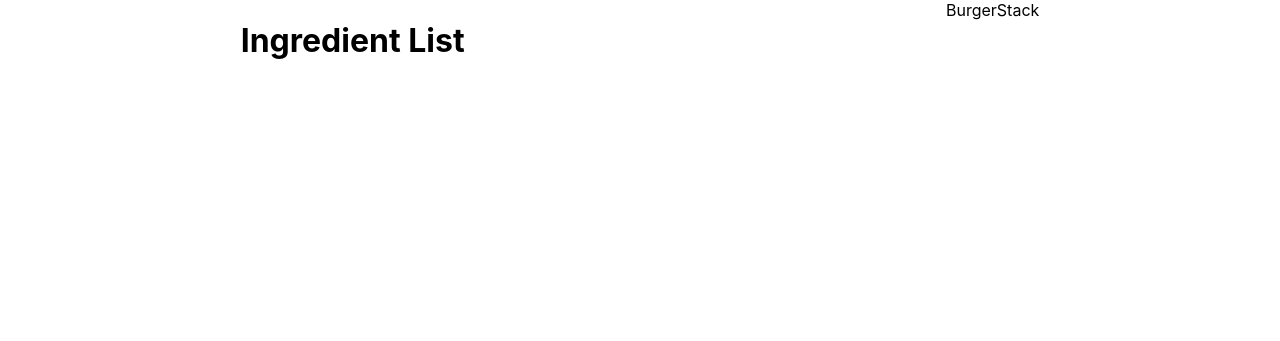
Repository: thecoachanna/react-burger-stacker
Page: /
These files come from the project's save history. The page is drawn as it stood at one moment and after the next save; the edit follows.
The browser window is 1280 px wide. The pictures show the whole page.
The project was rebuilt for these pictures with package versions that can differ from the ones it lists, and the page was loaded fresh each time.

Above is the page before, as saved 2023-02-04 13:25:51.

### src/index.css
body {
  margin: 0;
  font-family: -apple-system, BlinkMacSystemFont, 'Segoe UI', 'Roboto', 'Oxygen',
    'Ubuntu', 'Cantarell', 'Fira Sans', 'Droid Sans', 'Helvetica Neue',
    sans-serif;
  -webkit-font-smoothing: antialiased;
  -moz-osx-font-smoothing: grayscale;
}

code {
  font-family: source-code-pro, Menlo, Monaco, Consolas, 'Courier New',
    monospace;
}

.burger-stacker {
  display: flex;
  justify-content: space-around;
}

### src/App.js
import BurgerStack from './components/BurgerStack.jsx'
import IngredientList from './components/IngredientList.jsx'
import './App.css';

function App() {
  return (
    <div className="App burger-stacker">
      <IngredientList />
      <BurgerStack />
    </div>
  );
}

export default App;

### src/components/BurgerStack.jsx
import React from 'react'
import Ingredient from './Ingredient.jsx'

const BurgerStack = () => {
  return (
    <div>BurgerStack</div>
  )
}

export default BurgerStack

### src/components/IngredientList.jsx
import React from 'react'
import Ingredient from './Ingredient.jsx'

const IngredientList = () => {
    const ingredientObjects = [
        {name: 'Kaiser Bun', color: 'saddlebrown'},
        {name: 'Sesame Bun', color: 'sandybrown'},
        {name: 'Gluten Free Bun', color: 'peru'},
        {name: 'Lettuce Wrap', color: 'olivedrab'},
        {name: 'Beef Patty', color: '#3F250B'},
        {name: 'Black Bean Patty', color: '#3F250B'},
        {name: 'Cheese', color: 'mustard'},
        {name: 'Lettuce', color: 'lawngreen'},
        {name: 'Tomato', color: 'tomato'},
        {name: 'Bacon', color: 'maroon'},
        {name: 'Onion', color: 'lightyellow'}
      ]
    const ingredients = ingredientObjects.map((ingredientObject, index) => {
        return (
            <Ingredient key={`${index}`} name={ingredientObject.name} color={ingredientObject.color} />
        )
    })

  return (
      <div>
          <h1>Ingredient List</h1>

    </div>
  )
}

export default IngredientList

### src/components/Ingredient.jsx
import React from 'react'

const Ingredient = () => {
  return (
    <div>Ingredient</div>
  )
}

export default Ingredient

Loaded but not shown: public/index.html (common file); src/index.js (common file); src/reportWebVitals.js (common file); src/App.css (common file)

After the next save:
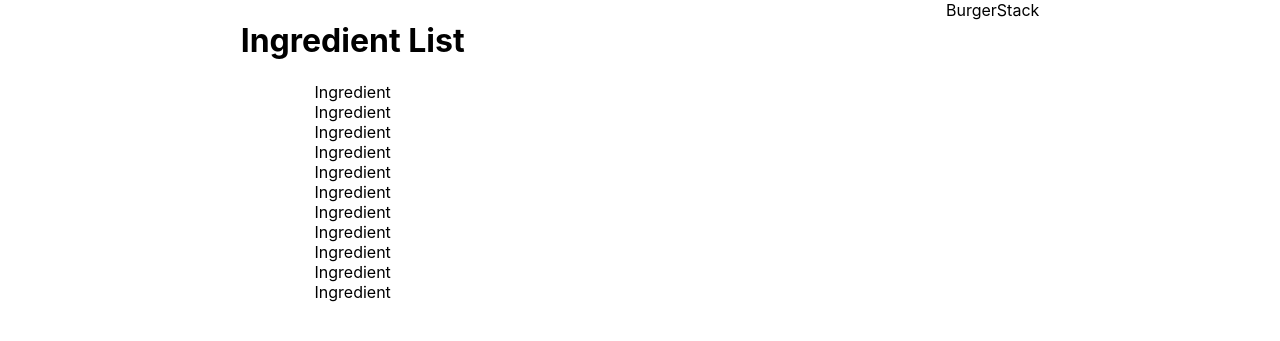
Saved 7 s later.
--- a/src/components/IngredientList.jsx
+++ b/src/components/IngredientList.jsx
@@ -24,7 +24,7 @@
   return (
       <div>
           <h1>Ingredient List</h1>
-
+          {ingredients}
     </div>
   )
 }

After the 4 saves that followed:
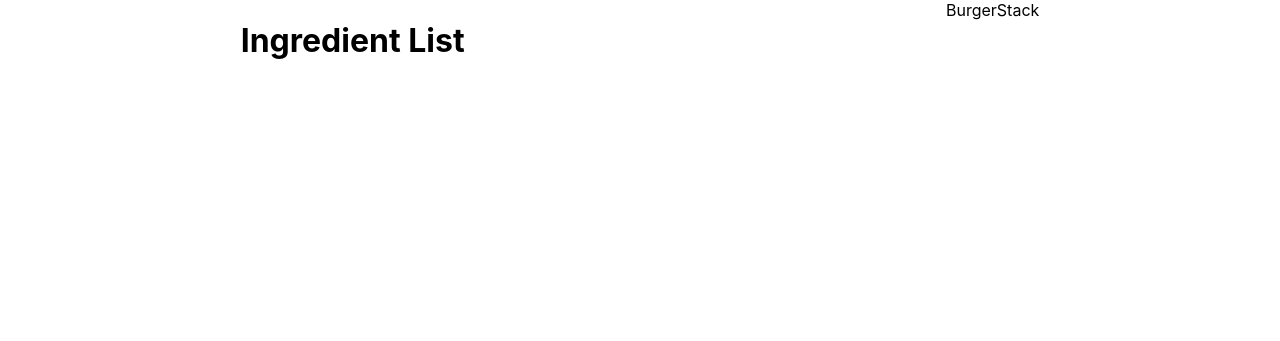
The 4 saves are shown as one change because 2 left the picture as it was and some came seconds apart.
The last was saved 81 s later.
--- a/src/components/IngredientList.jsx
+++ b/src/components/IngredientList.jsx
@@ -15,18 +15,23 @@
         {name: 'Bacon', color: 'maroon'},
         {name: 'Onion', color: 'lightyellow'}
       ]
-    const ingredients = ingredientObjects.map((ingredientObject, index) => {
+
+      const ingredients = ingredientObjects.map((ingredientObject, index) => {
         return (
-            <Ingredient key={`${index}`} name={ingredientObject.name} color={ingredientObject.color} />
+          <Ingredient
+          key={`yum ${index}`}
+            name={ingredientObject.name}
+            color={ingredientObject.color}
+          />
         )
-    })
+      })
 
-  return (
-      <div>
+      return (
+        <div>
           <h1>Ingredient List</h1>
           {ingredients}
-    </div>
-  )
-}
+        </div>
+      )
+    }
 
 export default IngredientList
--- a/src/components/Ingredient.jsx
+++ b/src/components/Ingredient.jsx
@@ -1,8 +1,10 @@
 import React from 'react'
 
-const Ingredient = () => {
+const Ingredient = (props) => {
   return (
-    <div>Ingredient</div>
+      <div>
+          <h3></h3>
+    </div>
   )
 }
 
